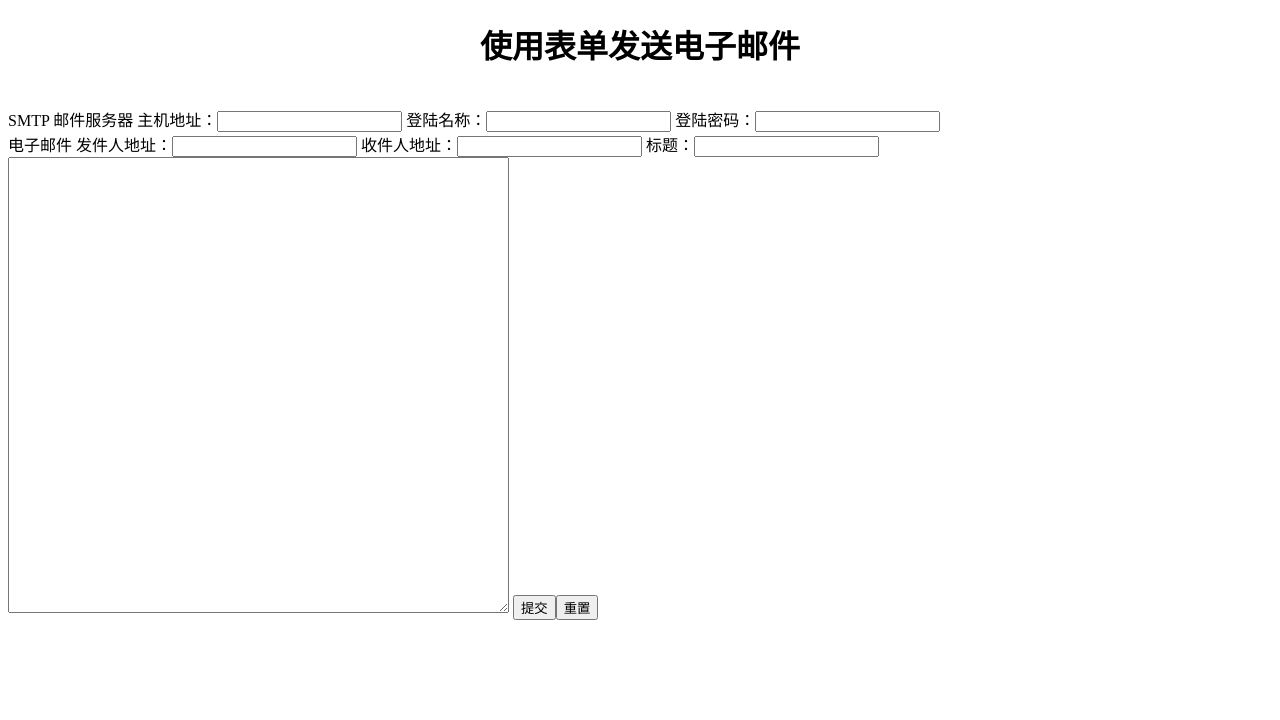
Repository: eterinfi/java
Page: jee/JSPDemo/WebContent/sendemail.html
An editor plug-in stored every save of this project. The page is shown before and after the next save, followed by the edit.
The browser window is 1280 px wide. The pictures show the whole page.

Above is the page before, as saved 2016-11-15 10:41:45.

After the next save:
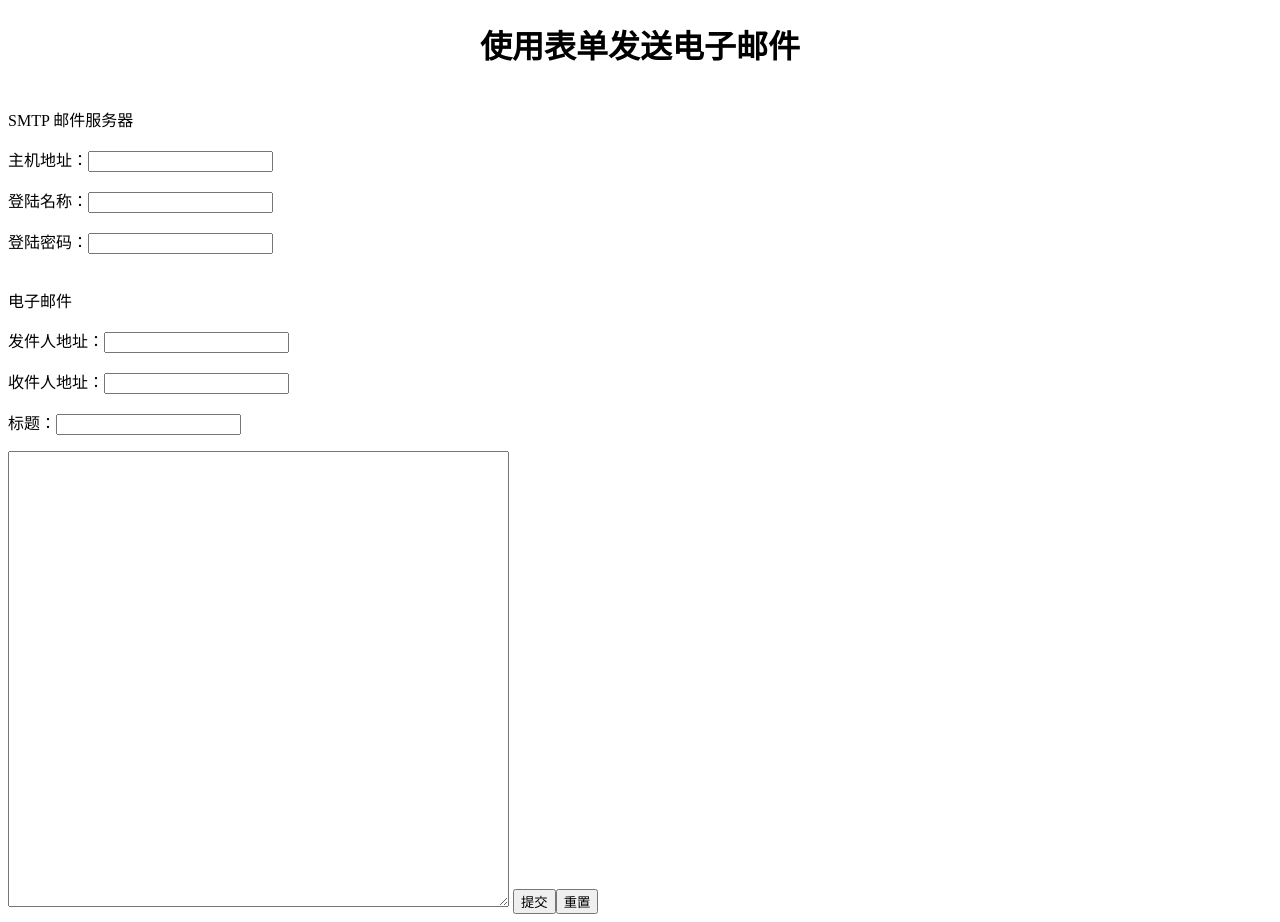
Saved 103 s later.
--- a/jee/JSPDemo/WebContent/sendemail.html
+++ b/jee/JSPDemo/WebContent/sendemail.html
@@ -9,14 +9,14 @@
   <br />
   <form action="SendSubmittedEmail.jsp" method="POST">
     <label>SMTP 邮件服务器</label>
-    <span>    主机地址：<input type="text" name="host" /></span>
-    <span>    登陆名称：<input type="text" name="user" /></span>
-    <span>    登陆密码：<input type="password" name="password" /></span>
+    <p>    主机地址：<input type="text" name="host" /></p>
+    <p>    登陆名称：<input type="text" name="user" /></p>
+    <p>    登陆密码：<input type="password" name="password" /></p>
     <br />
     <label>电子邮件</label>
-    <span>    发件人地址：<input type="text" name="from" /></span>
-    <span>    收件人地址：<input type="text" name="to" /></span>
-    <span>    标题：<input type="text" name="subject" /></span>
+    <p>    发件人地址：<input type="text" name="from" /></p>
+    <p>    收件人地址：<input type="text" name="to" /></p>
+    <p>    标题：<input type="text" name="subject" /></p>
     <textarea name="body" cols="60" rows="30" placeholder="正文....">
     </textarea>
     <button type="submit">提交</button><button type="reset">重置</button>
